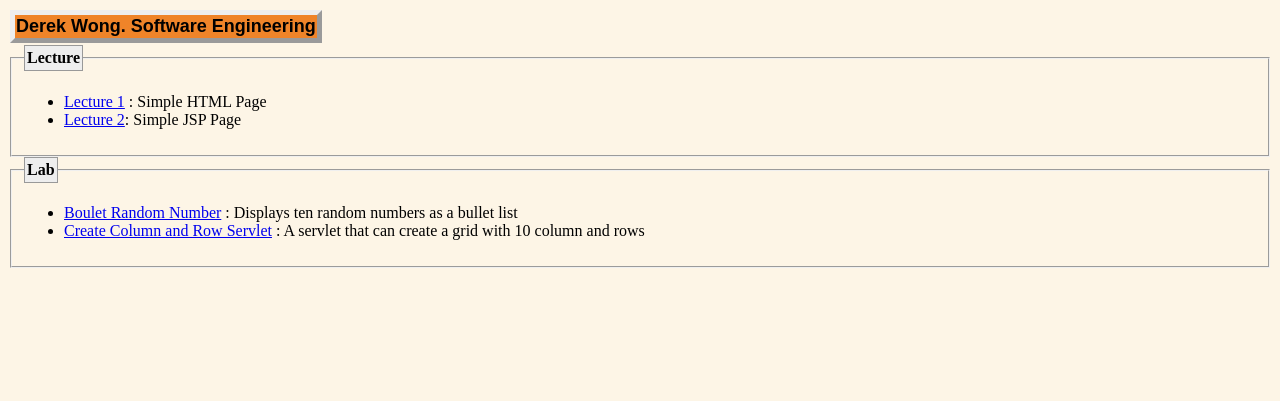
Repository: derekpwwong/jee-workspace
Page: workspace/WebServlet/WebContent/index.html
The author's editor kept a copy of each file at every save. The page is drawn from the files as they stood at one save, then again after the next save.
The browser window is 1280 px wide. The pictures show the whole page.

Above is the page before, as saved 2016-10-08 20:06:09.

After the next save:
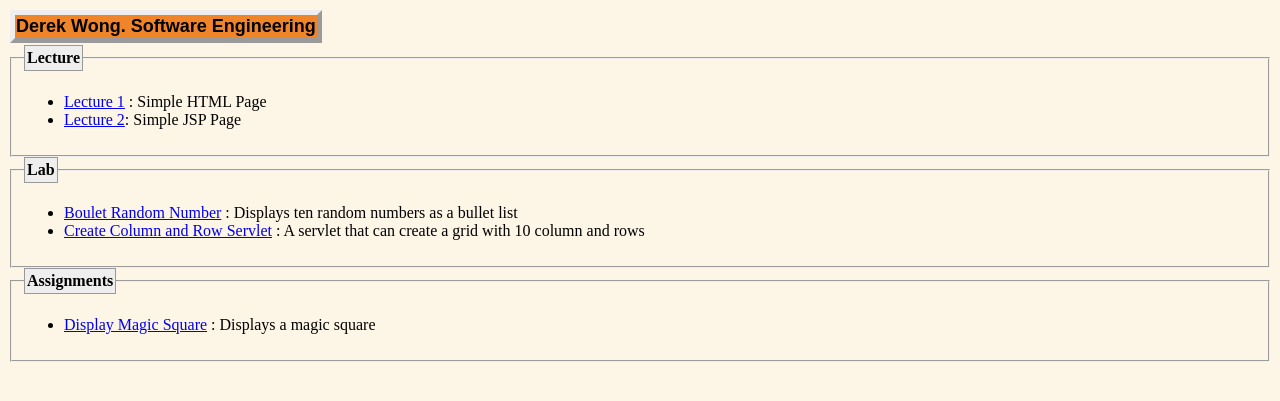
Saved 2 min 7 s later.
--- a/workspace/WebServlet/WebContent/index.html
+++ b/workspace/WebServlet/WebContent/index.html
@@ -16,21 +16,27 @@ Derek Wong. Software Engineering
 </table>
 </Div>
 <Form>
+
 <fieldset>
 <legend> Lecture</legend>
-<ul>
-<li><a href="lecture1.html">Lecture 1</a> : Simple HTML Page</li>
-<li><a href="lecture2.jsp">Lecture 2</a>: Simple JSP Page</li>
-</ul>
+	<ul>
+		<li><a href="lecture1.html">Lecture 1</a> : Simple HTML Page</li>
+		<li><a href="lecture2.jsp">Lecture 2</a>: Simple JSP Page</li>
+	</ul>
 </fieldset>
 <fieldset>
 <legend> Lab</legend>
-<ul>
+	<ul>
+		<li><a href="BouletRandomNumber">Boulet Random Number</a> : Displays ten random numbers as a bullet list</li>
+		<li><a href="ServletCreateColumnRow">Create Column and Row Servlet</a> : A servlet that can create a grid with 10 column and rows</li>
+	</ul>
+</fieldset>
+<fieldset>
+<legend> Assignments</legend>
+	<ul>
+		<li><a href="BouletRandomNumber">Display Magic Square</a> : Displays a magic square</li>
 
-<li><a href="BouletRandomNumber">Boulet Random Number</a> : Displays ten random numbers as a bullet list</li>
-<li><a href="ServletCreateColumnRow">Create Column and Row Servlet</a> : A servlet that can create a grid with 10 column and rows</li>
-
-</ul>
+	</ul>
 </fieldset>
 </Form>
 </body>
